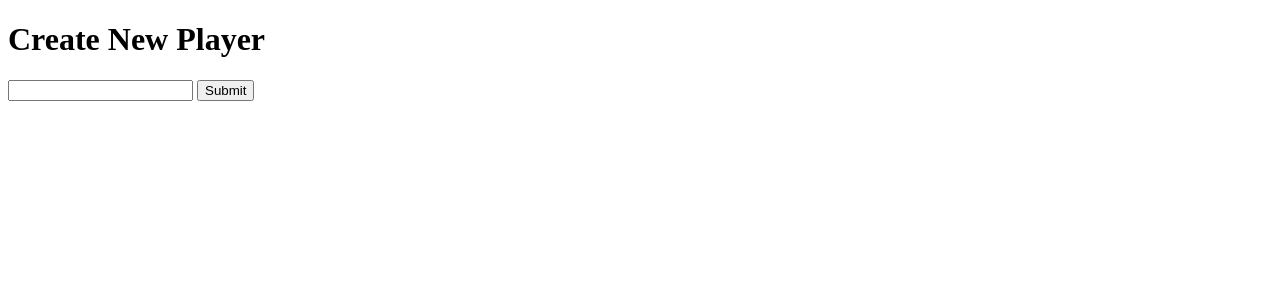
Repository: harshithamagani/Java-Basics
Page: http://localhost/team-roster/player
These files come from the project's save history. The page is drawn as it stood at one moment and after the next save; the edit follows.
The browser window is 1280 px wide. The pictures show the whole page.
The page is served by Tomcat 9.

Above is the page before, as saved 2019-11-06 02:35:21.

After the next save:
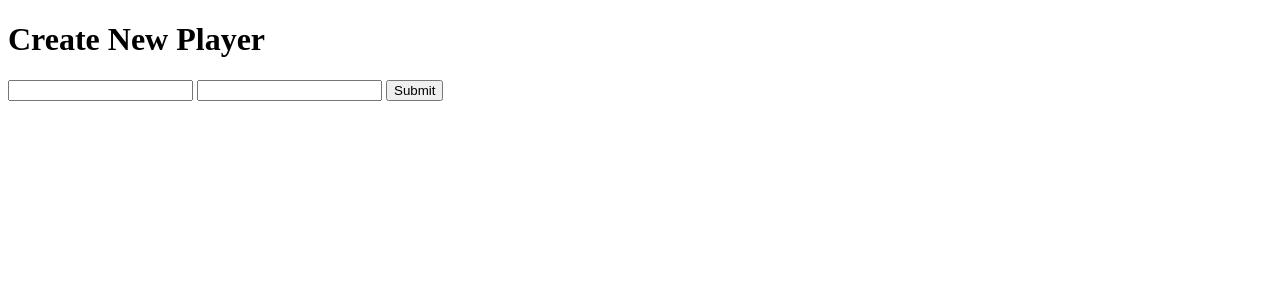
Saved 27 s later.
--- a/team-roster/WebContent/WEB-INF/createPlayerForm.jsp
+++ b/team-roster/WebContent/WEB-INF/createPlayerForm.jsp
@@ -11,6 +11,7 @@
 	<h1>Create New Player</h1>
 		<form action="/team-roster/team" method="post">
 			  <input name="first-name" type="text">
+			  <input name="last-name" type="text">
 			  <input name="submit" value="Submit" type="submit">
 		</form>
 	</div>
